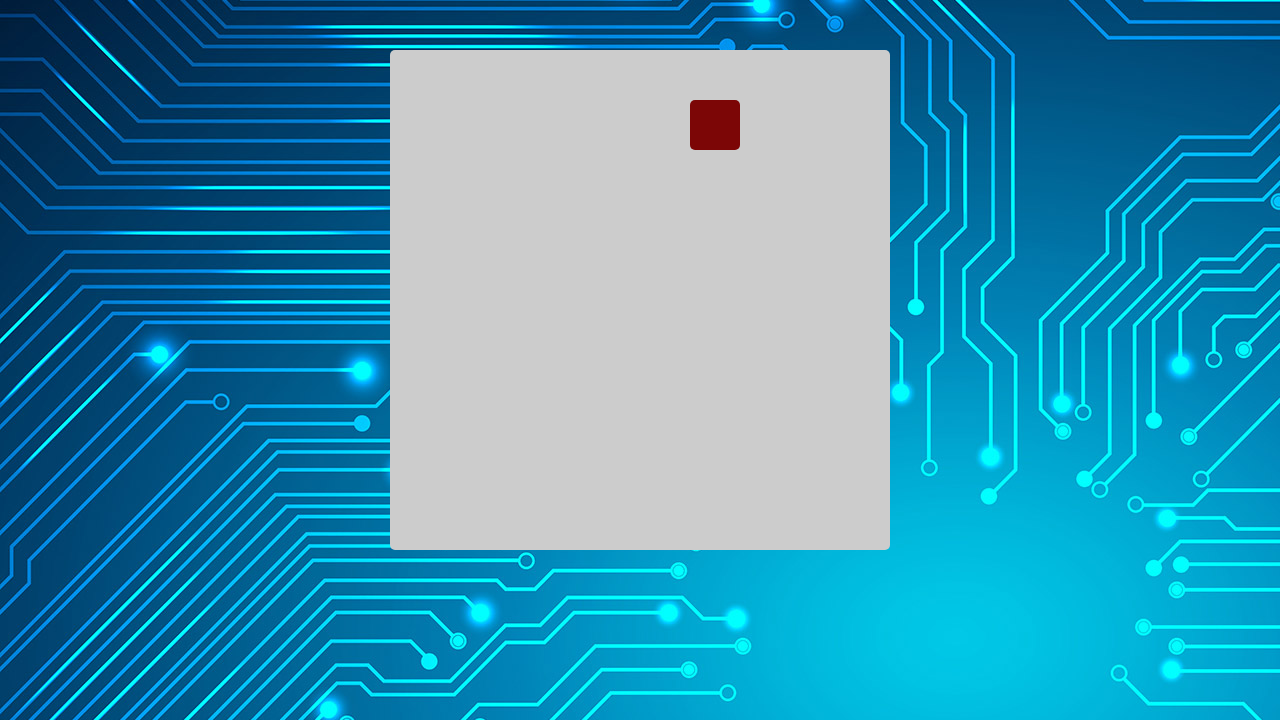
Repository: elvinyeka/SnakeGame
Page: index.html
The author's editor kept a copy of each file at every save. The page is drawn from the files as they stood at one save, then again after the next save.
The browser window is 1280 px wide. The pictures show the whole page.

Above is the page before, as saved 2020-11-08 01:16:00.
Console error: TypeError: Cannot read properties of undefined (reading 'classList')

After the next save:
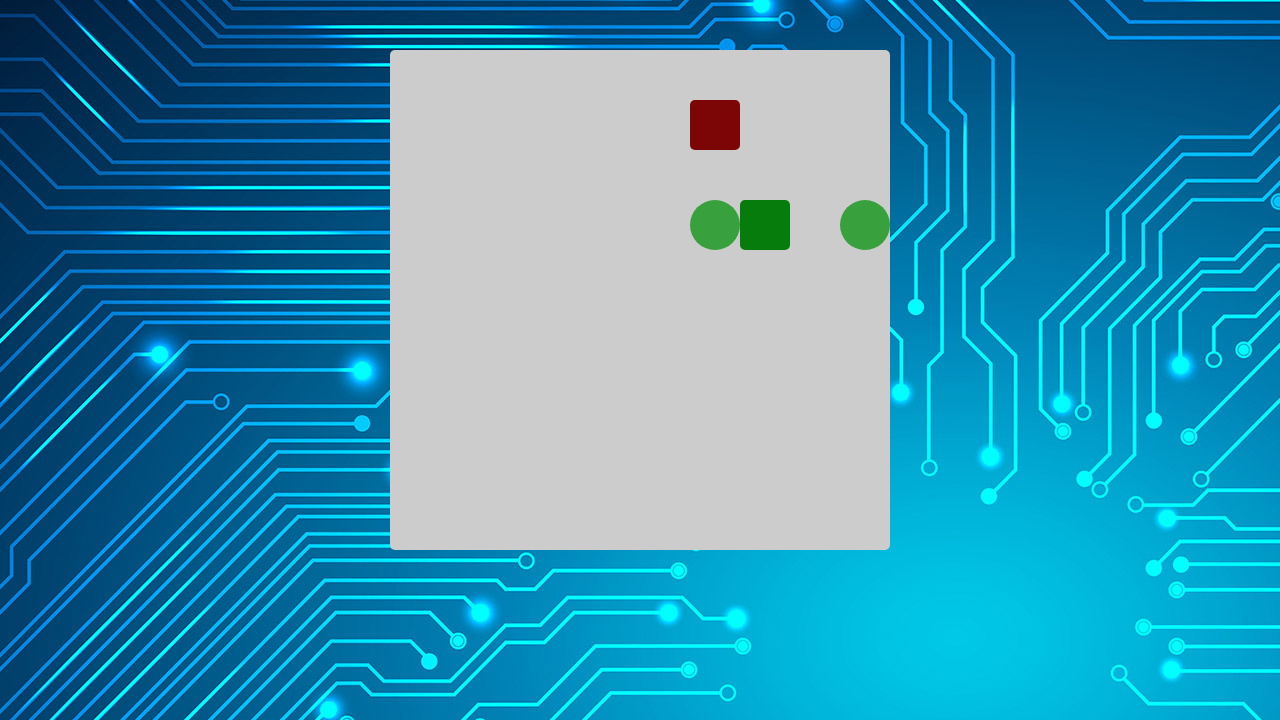
The error is gone.
Saved 2 min 58 s later.
--- a/js/snake.js
+++ b/js/snake.js
@@ -72,6 +72,8 @@ function move() {
 
     if (snakeCoordinates[0] < 10) {
         snakeBody.unshift(document.querySelector('[posX = "' + ( + snakeCoordinates[0] + 1) + '"][posY = "' + snakeCoordinates[1] + '"]'));
+    }else {
+        snakeBody.unshift(document.querySelector('[posX = "' + snakeCoordinates[1] + '"][posY = "' + snakeCoordinates[1] + '"]'));
     }
 
 
